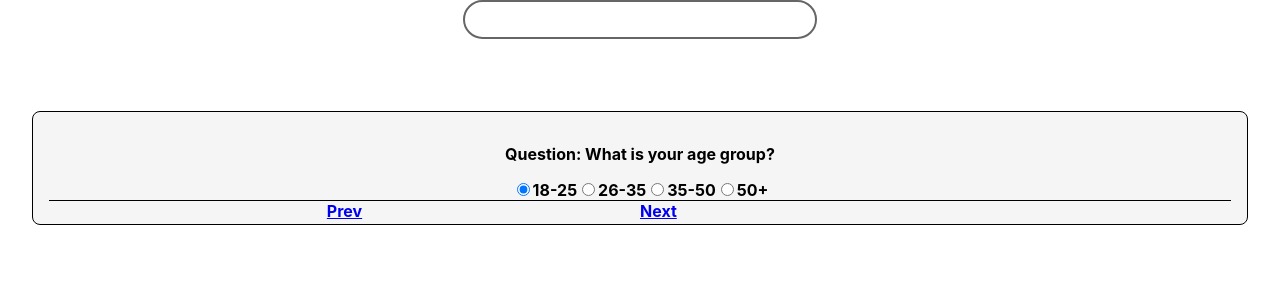
Repository: TheRungtaLibrary/survey
Page: /steps/4
The author's editor kept a copy of each file at every save. The page is drawn from the files as they stood at one save, then again after the next save.
The browser window is 1280 px wide. The pictures show the whole page.
The project was rebuilt for these pictures with package versions that can differ from the ones it lists, and the page was loaded fresh each time. Also part of the build but not shown: src/App.css, src/components/Steps/Intro/Intro.js, src/components/Steps/Step1/Step1.js, src/components/Steps/Step2/Step2.js, src/components/Steps/Step3/Step3.js, src/components/Steps/Summary/Summary.scss, src/components/Steps/Summary/Summary.js.

Above is the page before, as saved 2020-03-19 18:49:56.

After the next save:
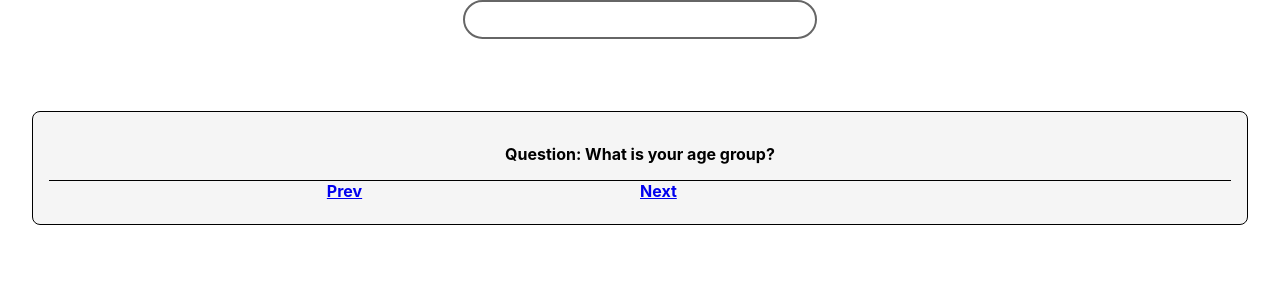
Saved 66 min 41 s later.
--- a/src/components/Steps/Step4/Step4.js
+++ b/src/components/Steps/Step4/Step4.js
@@ -34,41 +34,7 @@ const Step4 = () => {
       <form onSubmit={onSubmit} className="input-container panel">
         <p>Question: What is your age group?</p>
         <div>
-          <input
-            type="radio"
-            id="ageGroup1"
-            name="age"
-            value="18-25"
-            onChange={handleOptionChange}
-            defaultChecked/>
-          <label htmlFor="contactChoice1">18-25</label>
 
-          <input
-            type="radio"
-            id="ageGroup2"
-            name="age"
-            value="26-35"
-            onChange={handleOptionChange}
-            />
-          <label htmlFor="contactChoice2">26-35</label>
-
-          <input
-            type="radio"
-            id="ageGroup3"
-            name="age"
-            value="35-50"
-            onChange={handleOptionChange}
-            />
-          <label htmlFor="contactChoice3">35-50</label>
-
-          <input
-            type="radio"
-            id="ageGroup4"
-            name="age"
-            value="51"
-            onChange={handleOptionChange}
-            />
-          <label htmlFor="contactChoice3">50+</label>
         </div>
         <div className="nav-footer">
           <div>
